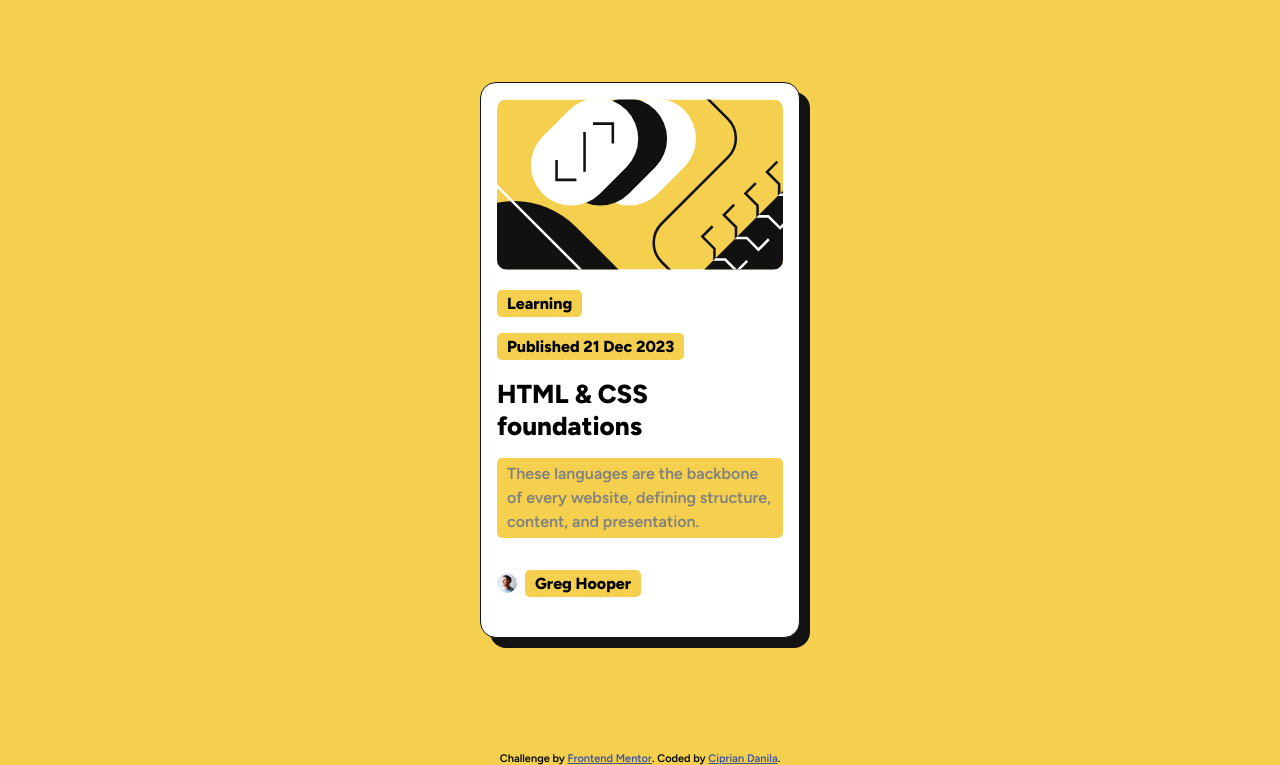
Repository: cipdanila/blog-preview-card
Page: index.html
An editor plug-in stored every save of this project. The page is shown before and after the next save, followed by the edit.
The browser window is 1280 px wide. The pictures show the whole page.

Above is the page before, as saved 2024-01-28 14:40:32.

### index.html
<!DOCTYPE html>
<html lang="en">
<head>
  <meta charset="UTF-8">
  <meta name="viewport" content="width=device-width, initial-scale=1.0"> <!-- displays site properly based on user's device -->

  <link rel="icon" type="image/png" sizes="32x32" href="./assets/images/favicon-32x32.png">
  <link rel="stylesheet" href="style.css">
  <title>Frontend Mentor | Blog preview card</title>

</head>
<body>
  <main>
    <div class="card">
      <div class="image-card">
        <img src="./assets/images/illustration-article.svg" alt="illustration article">
      </div>
      <div class="text-card">
        <div class="learning">
          <p>Learning</p>
        </div>
        <div class="publish">
          <p>Published 21 Dec 2023</p>
        </div>
        <div class="title">
          <h1>HTML & CSS foundations</h1>
        </div>
        <div class="info">
          <p>
            These languages are the backbone of every website, defining structure, content, and presentation.
          </p>
        </div>
        <div class="avatar">
          <img src="./assets/images/image-avatar.webp" alt="avatar">
          <p>Greg Hooper</p>
        </div>
      </div>
    </div>
  </main>

  <footer>
    <div class="attribution">
        Challenge by
        <a
            href="https://www.frontendmentor.io/challenges/blog-preview-card-ckPaj01IcS"
            target="_blank"
            rel="noopener noreferer"
            >Frontend Mentor</a
        >. Coded by <a href="https://github.com/cipdanila" target="_blank" rel="noopener noreferer">Ciprian Danila</a>.
    </div>
</footer>
</body>
</html>

### style.css
@import url('https://fonts.googleapis.com/css2?family=Figtree:wght@600;800&display=swap');

:root {
    /* Colors */
    /* Primary */
    --yellow: hsl(47, 88%, 63%);

    /* Neutral */
    --white: hsl(0, 0%, 100%);
    --grey: hsl(0, 0%, 50%);
    --black: hsl(0, 0%, 7%);
}

* {
    box-sizing: border-box;
}

body, html {
    margin: 0;
    padding: 0;
    height: 100%;
    font-family: 'Figtree', sans-serif;
    font-size: 1rem;
    font-weight: 600;
    background-color: var(--yellow);
}

main {
    display: flex;
    justify-content: center;
    align-items: center;
    height: 100%;
}

.card {
    width: 20rem;
    border-radius: 1rem;
    border: 1px solid var(--black);
    box-shadow: 10px 10px var(--black);
    background-color: var(--white);
    display: flex;
    flex-direction: column;
    align-items: center;
    padding: 1rem;
}

.image-card {
    text-align: center;
}

img {
    max-width: 100%;
    height: auto;
    border-radius: 0.625rem;
}

.text-card {
    text-align: left;
}

.text-card p {
    width: fit-content;
    background-color: var(--yellow);
    margin: 1rem 0;
    padding: 0.25rem 0.625rem;
    border-radius: 5px;
    font-weight: 800;
}

.publish, .title, .info, .avatar {
    margin-bottom: 0.5rem;
}

.title h1 {
    font-weight: 800;
    font-size: 1.625rem;
    margin-bottom: 0.5rem;
}

.info p {
    color: var(--grey);
    line-height: 1.5;
    font-weight: 100;
}

.avatar {
    display: flex;
    align-items: center;
}

.avatar img {
    width: 20px;
    height: auto;
    border-radius: 50%;
    margin-right: 0.5rem;
}

.avatar p {
    font-weight: 800;
}

footer {
    margin-top: 2rem;
}

.attribution {
    font-size: 11px;
    text-align: center;
}
.attribution a {
    color: hsl(228, 45%, 44%);
}

After the next save:
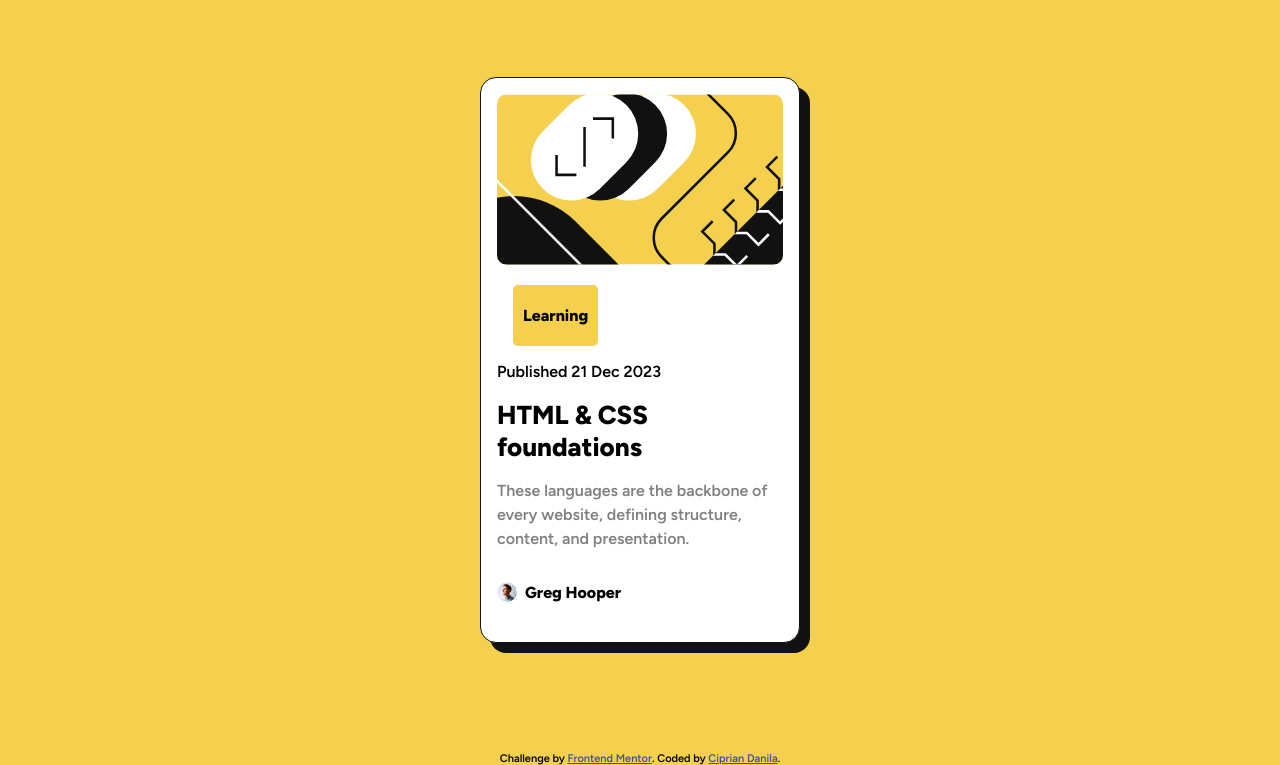
Saved 9 s later.
--- a/style.css
+++ b/style.css
@@ -58,13 +58,14 @@
     text-align: left;
 }
 
-.text-card p {
-    width: fit-content;
-    background-color: var(--yellow);
-    margin: 1rem 0;
-    padding: 0.25rem 0.625rem;
-    border-radius: 5px;
-    font-weight: 800;
+.learning
+{
+  width: fit-content;
+  background-color: var(--yellow);
+  margin: 1rem;
+  padding: 5px 10px;
+  border-radius: 5px;
+  font-weight: 800;
 }
 
 .publish, .title, .info, .avatar {

After the save that followed:
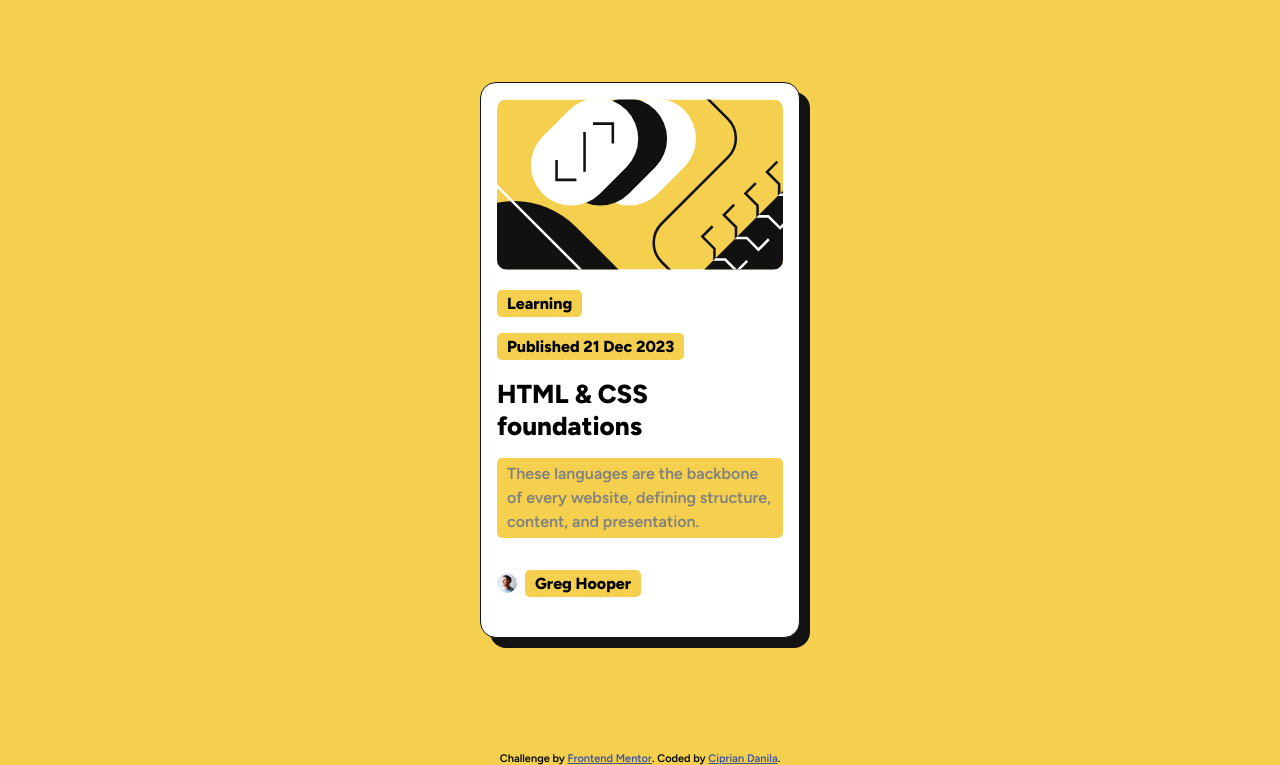
Saved 6 s later.
--- a/style.css
+++ b/style.css
@@ -58,14 +58,13 @@
     text-align: left;
 }
 
-.learning
-{
-  width: fit-content;
-  background-color: var(--yellow);
-  margin: 1rem;
-  padding: 5px 10px;
-  border-radius: 5px;
-  font-weight: 800;
+.text-card p {
+    width: fit-content;
+    background-color: var(--yellow);
+    margin: 1rem 0;
+    padding: 0.25rem 0.625rem;
+    border-radius: 5px;
+    font-weight: 800;
 }
 
 .publish, .title, .info, .avatar {
